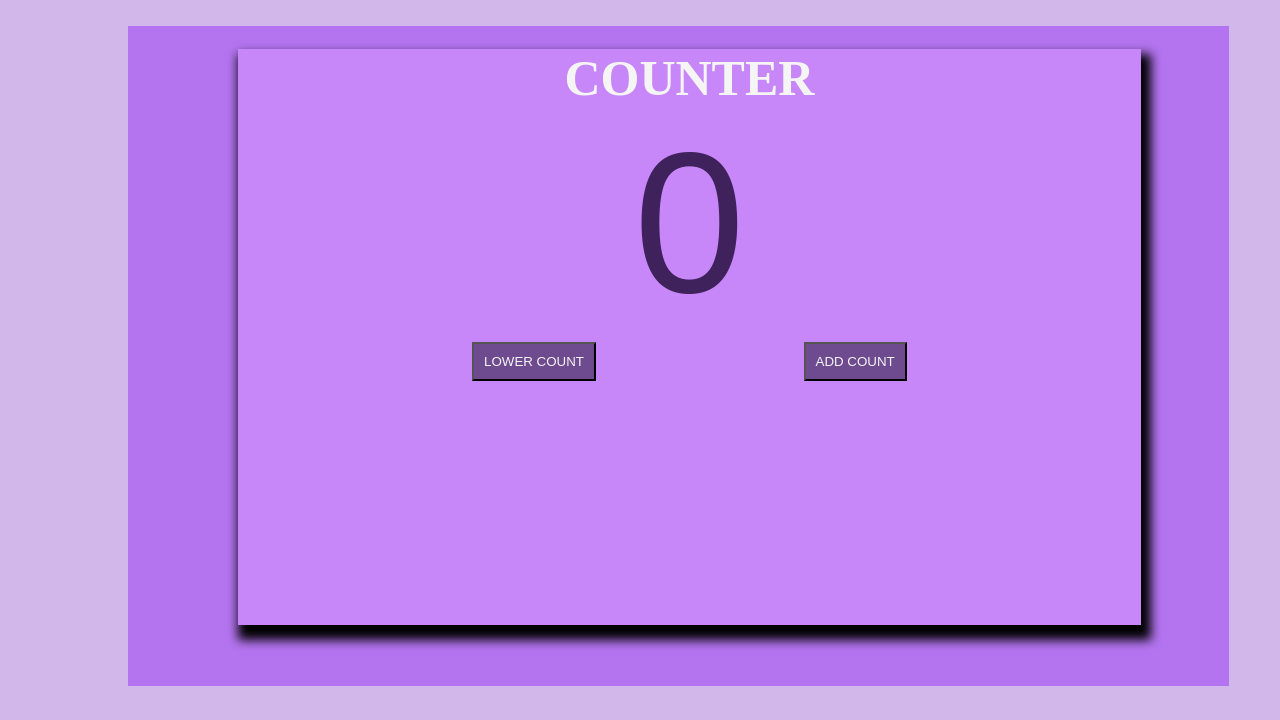
Repository: AnahitKhechumyan/Counter
Page: index.html
The author's editor kept a copy of each file at every save. The page is drawn from the files as they stood at one save, then again after the next save.
The browser window is 1280 px wide. The pictures show the whole page.

Above is the page before, as saved 2022-02-14 21:28:20.

After the next save:
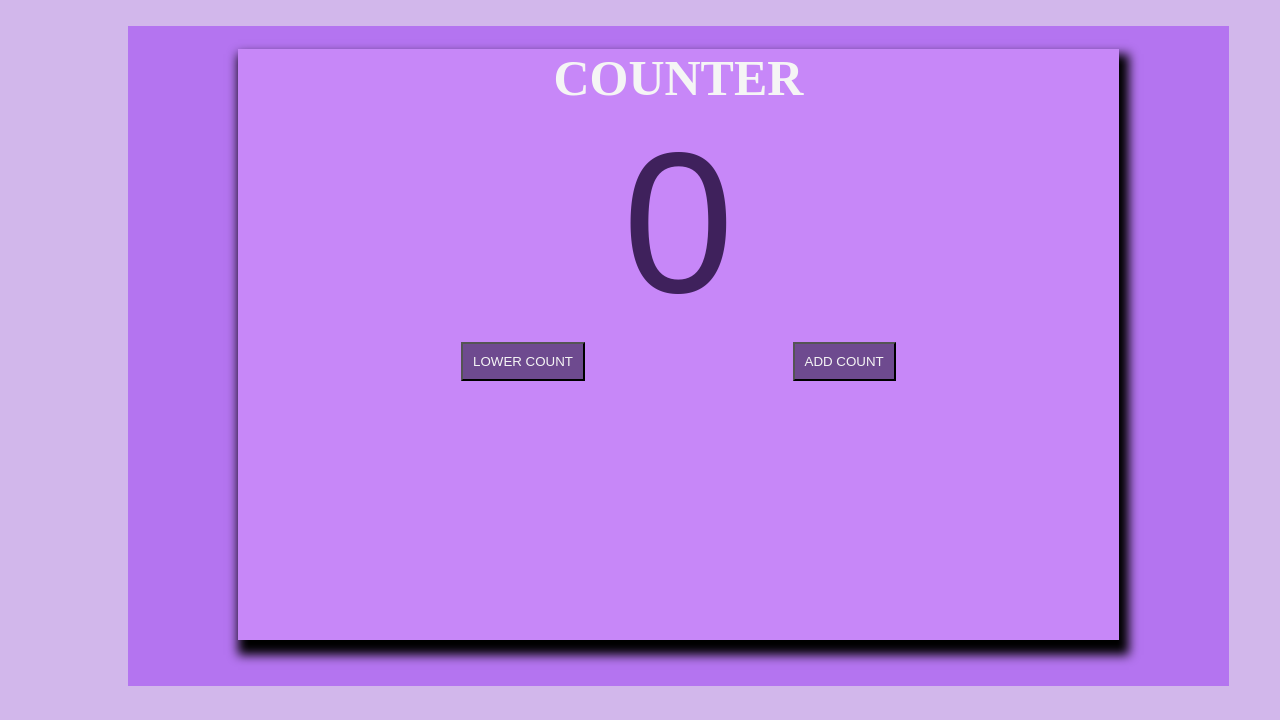
Saved 26 s later.
--- a/style.css
+++ b/style.css
@@ -12,8 +12,8 @@ body{
 }
 .main{
     background-color: rgb(199, 135, 248);
-    width: 82%;
-    height: 80vh;
+    width: 80%;
+    height: 82vh;
     margin: 1% 10%;
     box-shadow: 5px 10px 10px 5px;
     text-align: center;
